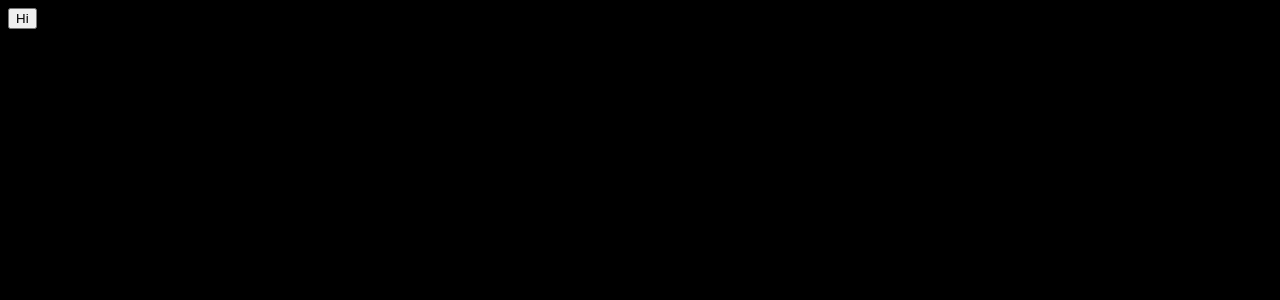
Repository: JeongminHW/Web_study
Page: HTML/myHTML/src/main/webapp/ch09/ex2.html
These files come from the project's save history. The page is drawn as it stood at one moment and after the next save; the edit follows.
The browser window is 1280 px wide. The pictures show the whole page.

Above is the page before, as saved 2024-07-11 06:16:36.
Console error: SyntaxError: Unexpected token '.'

### HTML/myHTML/src/main/webapp/ch09/ex2.html
<!DOCTYPE html>
<html>
<head>
<meta charset="UTF-8">
<title>Insert title here</title>
<script type="text/javascript">
	function btnClick() {
		alert(1);
		// 디버깅
		console.log("hello");

		.screen{
			   background-color: #fff;
			   margin: 25px;
			   padding: 5px;
			   width: 140px;
			   height: 80px;
			   transform: rotateX(-45deg);
			   box-shadow: 0 3px 10px rgb(255 255 255 / 70%);
			}

	}
</script>
</head>
<body style="background-color: black">
	<!-- onclink 이벤트 -->
	<input type="button" value="Hi" onclick="btnClick()">
	<div class="screen"></div>
</body>
</html>

After the next save:
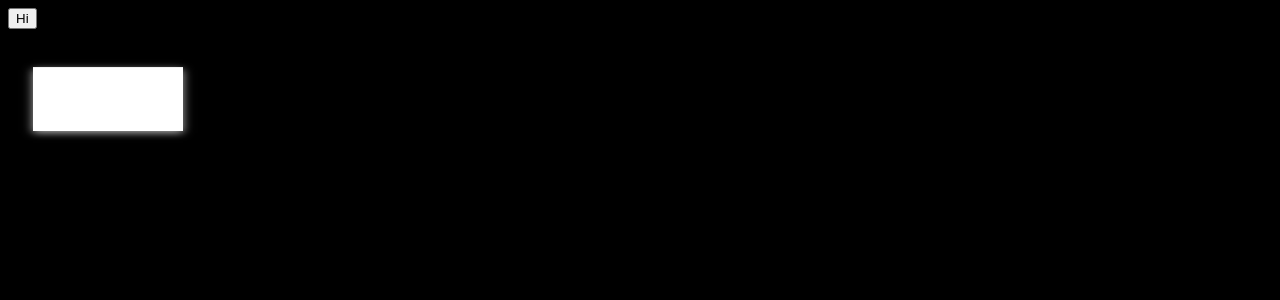
The error is gone.
Saved 15 s later.
--- a/HTML/myHTML/src/main/webapp/ch09/ex2.html
+++ b/HTML/myHTML/src/main/webapp/ch09/ex2.html
@@ -3,22 +3,22 @@
 <head>
 <meta charset="UTF-8">
 <title>Insert title here</title>
+<style type="text/css">
+	.screen{
+   background-color: #fff;
+   margin: 25px;
+   padding: 5px;
+   width: 140px;
+   height: 80px;
+   transform: rotateX(-45deg);
+   box-shadow: 0 3px 10px rgb(255 255 255 / 70%);
+	}
+</style>
 <script type="text/javascript">
 	function btnClick() {
 		alert(1);
 		// 디버깅
 		console.log("hello");
-
-		.screen{
-			   background-color: #fff;
-			   margin: 25px;
-			   padding: 5px;
-			   width: 140px;
-			   height: 80px;
-			   transform: rotateX(-45deg);
-			   box-shadow: 0 3px 10px rgb(255 255 255 / 70%);
-			}
-
 	}
 </script>
 </head>
